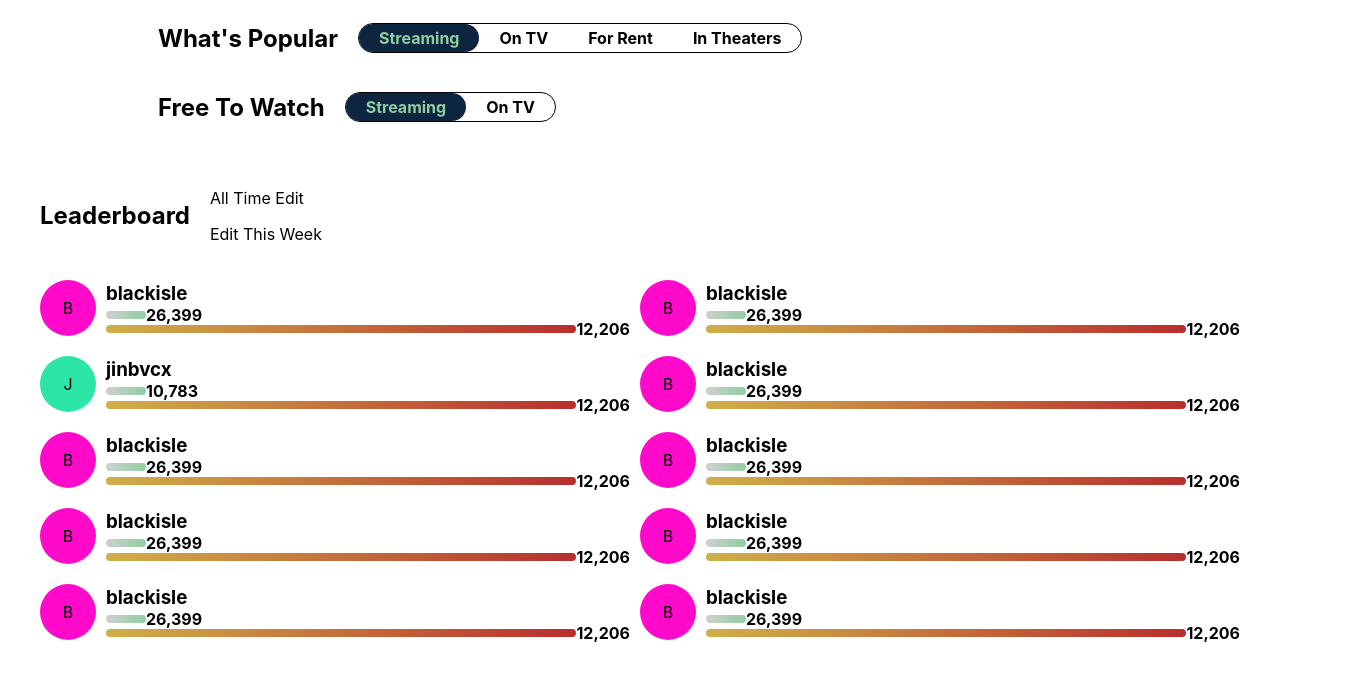
Repository: Fauzaanmhmd/qnpTesFrontend
Page: /
An editor plug-in stored every save of this project. The page is shown before and after the next save, followed by the edit.
The browser window is 1280 px wide. The page is 1371 px wide, so the pictures cover 1371 px, including what lies to the right of the window. The pictures show the part of the page from y = 364 to 1097 px (the page is 1054 px tall before and 1097 px after).
The page's requests for data from a server got no answer. The project was rebuilt for these pictures with package versions that can differ from the ones it lists, and the page was loaded fresh each time. The framework's server and built-in components were replaced by stand-ins that run in the browser. No one was signed in, and anything a server would have sent is missing. Also part of the build but not shown: next.config.js, styles/Moviecard.module.scss, pages/components/Moviecard.tsx.

Above is the page before, as saved 2022-03-20 03:04:48.

After the next save:
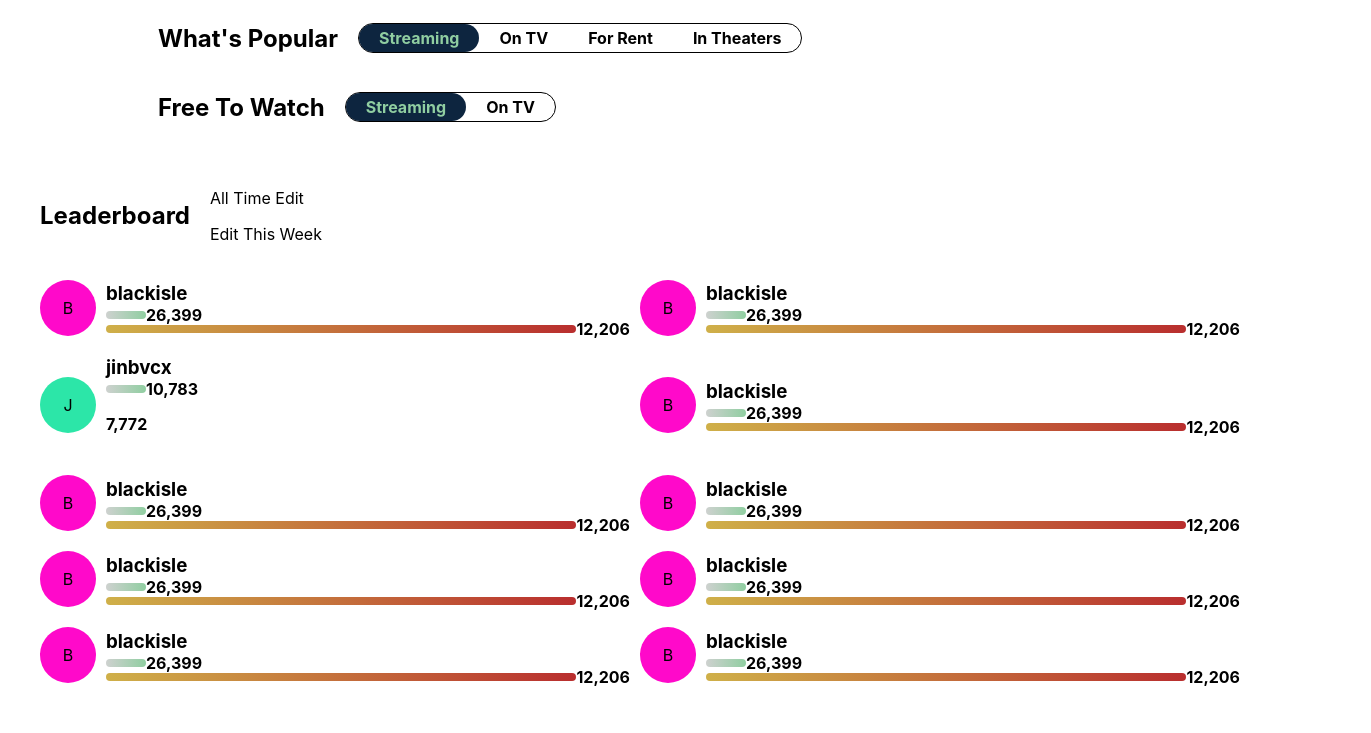
Saved 19 h 31 min later.
--- a/pages/Leaderboard.tsx
+++ b/pages/Leaderboard.tsx
@@ -73,10 +73,10 @@
                                         </div>
                                         <h4>10,783</h4>
                                     </div>
-                                    <div className={styles.meterThisWeek}>
-                                        <div className={styles.gaugeThisWeek}>
-                                        </div>
-                                        <h4>12,206</h4>
+                                    <div className={styles.meterThisWeekJ}>
+                                        <div className={styles.gaugeThisWeek}>
+                                        </div>
+                                        <h4>7,772</h4>
                                     </div>
                                 </div>
                             </li>

After the 3 saves that followed:
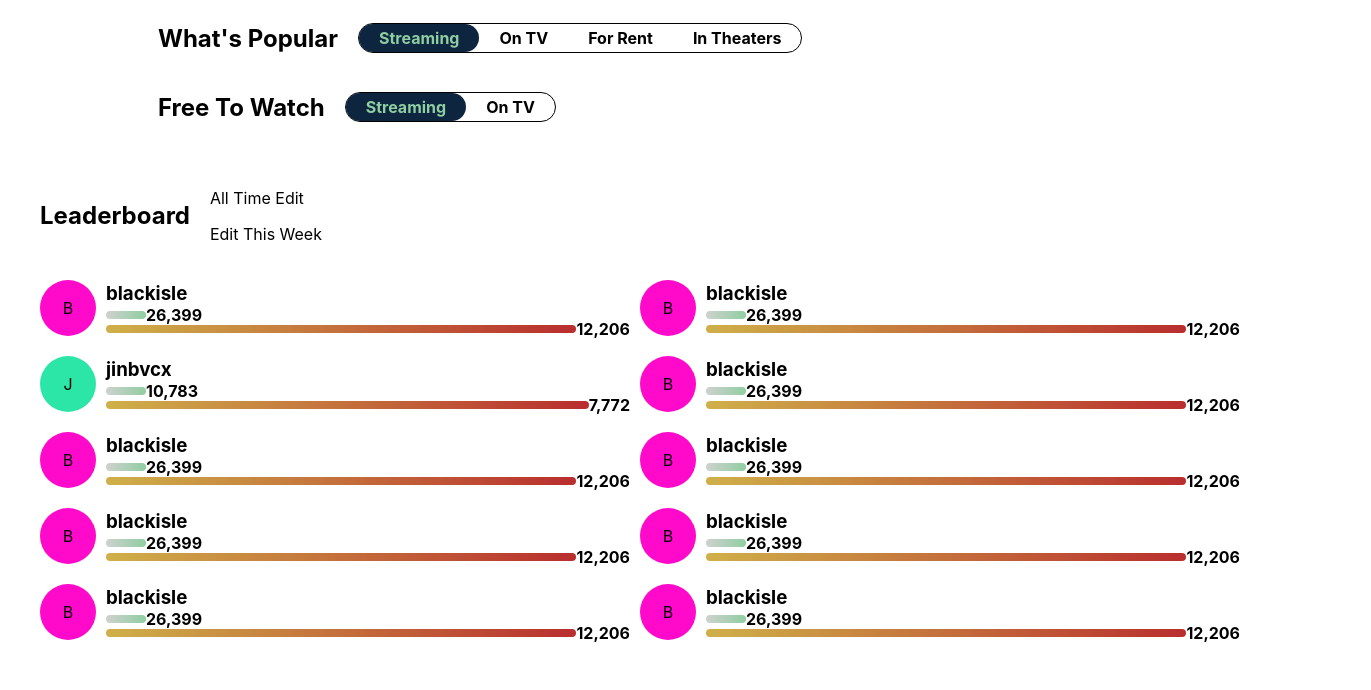
The 3 saves are shown as one change because 2 left the picture as it was.
The last was saved 88 s later.
--- a/pages/Leaderboard.tsx
+++ b/pages/Leaderboard.tsx
@@ -73,8 +73,8 @@
                                         </div>
                                         <h4>10,783</h4>
                                     </div>
-                                    <div className={styles.meterThisWeekJ}>
-                                        <div className={styles.gaugeThisWeek}>
+                                    <div className={styles.meterThisWeek}>
+                                        <div className={styles.gaugeThisWeekJ}>
                                         </div>
                                         <h4>7,772</h4>
                                     </div>
--- a/styles/Leaderboard.module.scss
+++ b/styles/Leaderboard.module.scss
@@ -134,3 +134,10 @@
     border-radius: 4px;
     background: linear-gradient(to right, $logoorange, $logored);
 }
+.gaugeThisWeekJ {
+    width: 100%;
+    height: 100%;
+    min-width: 40px;
+    border-radius: 4px;
+    background: linear-gradient(to right, $logoorange, $logored);
+}
